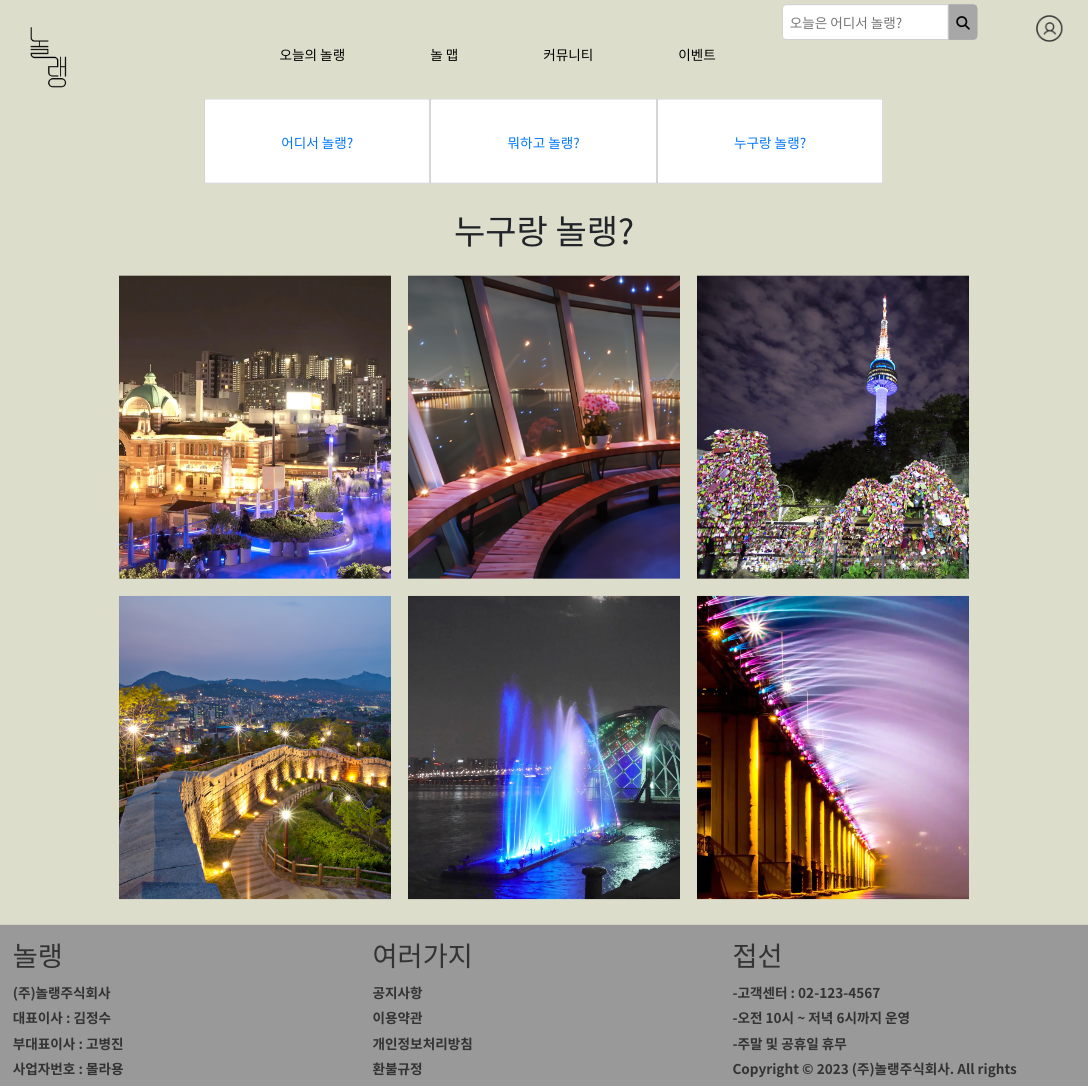
Repository: rrqrw/-
Page: http://localhost/noll_project/who/who2.jsp
The author's editor kept a copy of each file at every save. The page is drawn from the files as they stood at one save, then again after the next save.
The browser window is 1280 px wide. The pictures show the whole page, at 85% of full size.
Some web fonts or font styles are not loaded; a fallback is used. Some web libraries are served in a nearby version. The page is served by Tomcat 9.

Above is the page before, as saved 2023-12-12 12:19:30.

After the next save:
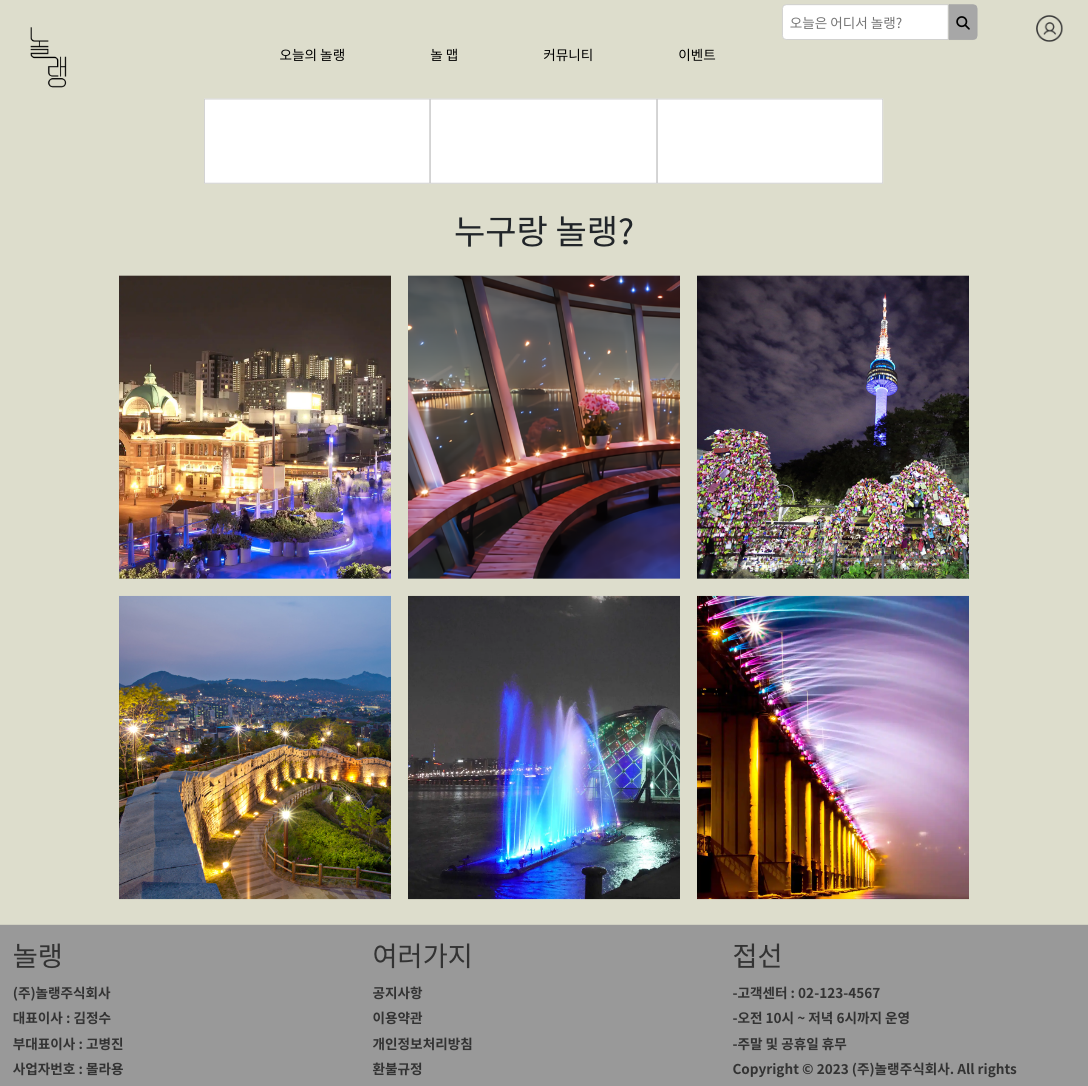
Saved 20 s later.
--- a/noll_project/src/main/webapp/resources/css/style.css
+++ b/noll_project/src/main/webapp/resources/css/style.css
@@ -517,7 +517,7 @@
 }
 .container ul li a{
   text-decoration: none;
-  color: rgb(0, 119, 255);
+  color:white;
 }
 .menu{
   width: 800px;
